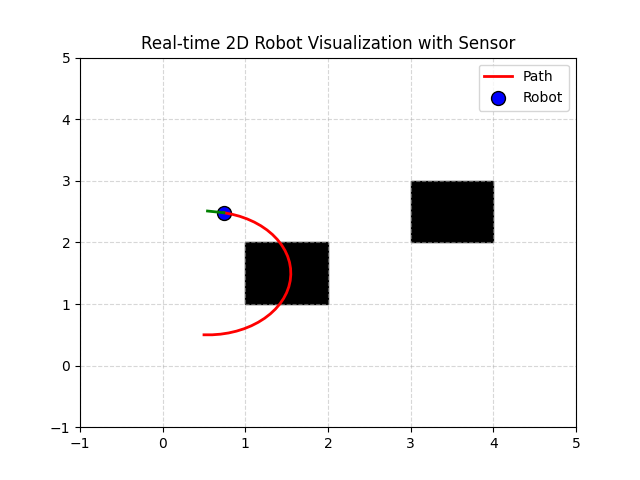
Repository: JLCucumber/comp0244-go2
Script's output: python src/cw1_team_2/2D_environment/main.py
An editor plug-in stored every save of this project. The script's output is shown before and after a run of saves, followed by the edit.
Animations are shown at an early frame. Random numbers start from a fixed seed.

Above is the script's output before, as saved 2025-02-16 02:20:24.

After the next 4 saves:
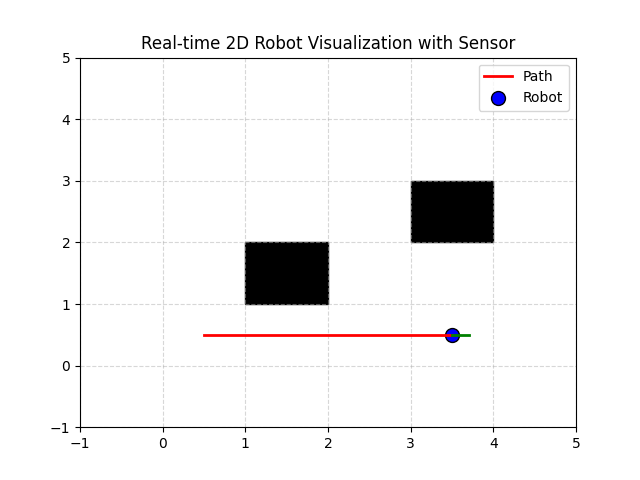
The 4 saves are shown as one change because 3 did not build or start.
The last was saved 2 min 28 s later.
--- a/src/cw1_team_2/2D_environment/main.py
+++ b/src/cw1_team_2/2D_environment/main.py
@@ -12,8 +12,9 @@ if __name__ == "__main__":
     plt.ion()  # 开启 Matplotlib 交互模式
 
     for _ in range(50):  # 运行 50 步
-        robot.move_forward()  # 机器人前进
-        robot.rotate(0.1)  # 每步旋转 0.1 弧度
+        # robot.move_forward()  # 机器人前进
+        # robot.rotate(0.1)  # 每步旋转 0.1 弧度
+        robot.navigate()  # 机器人导航
         plot_environment(env, robot)  # 实时绘制环境和轨迹
         plt.gcf().canvas.mpl_connect('key_press_event', lambda event: exit(0) if event.key == 'q' else None)
         time.sleep(0.1)  # 控制动画速度
--- a/src/cw1_team_2/2D_environment/robot.py
+++ b/src/cw1_team_2/2D_environment/robot.py
@@ -1,4 +1,6 @@
 import numpy as np
+from obstacle_follow import ObstacleFollower
+
 
 class Robot:
     """带方向的可移动机器人，增加局部传感器"""
@@ -17,6 +19,7 @@ class Robot:
         self.sensor_range = sensor_range
         self.step_size = step_size  # 机器人步长
         self.path = [tuple(self.position)]  # 记录轨迹
+        self.follower = ObstacleFollower(self)  # 绑定绕障行为
 
     def move_forward(self):
         """沿当前方向前进"""
